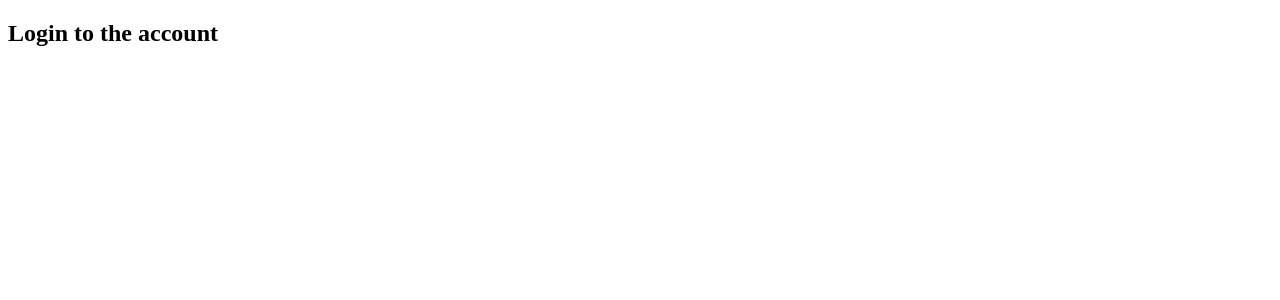
Repository: Kmazengia/nifasgebeya
Page: /login (app in frontend/)
These files come from the project's save history. The page is drawn as it stood at one moment and after the next save; the edit follows.
The browser window is 1280 px wide. The pictures show the whole page.
The project was rebuilt for these pictures with package versions that can differ from the ones it lists, and the page was loaded fresh each time.

Above is the page before, as saved 2023-10-07 13:12:03.

### frontend/src/index.js
import React from 'react';
import ReactDOM from 'react-dom/client';
import App from './App';
import reportWebVitals from './reportWebVitals';

const root = ReactDOM.createRoot(document.getElementById('root'));
root.render(
  <React.StrictMode>
    <App />
  </React.StrictMode>
);
reportWebVitals();

### frontend/src/App.js
import React from "react";
import { BrowserRouter, Routes, Route } from "react-router-dom";
import { Login } from "./Routes.js";

const App = () => {
  return (
    <BrowserRouter>
      <Routes>
        <Route path="/login" element={<Login />} />
        <Route path="/login" element={<Login />} />
        <Route path="/login" element={<Login />} />
        <Route path="/login" element={<Login />} />
      </Routes>{" "}
    </BrowserRouter>
  );
};

export default App;

### frontend/src/Routes.js
import Login from "../src/pages/Login.jsx";


export {
    Login,
}

### frontend/src/pages/Login.jsx
import React from "react";

const Login = () => {
  return (
    <div className="min-h-screen bg-gray-50 flex flex-col justify-center py-12 sm:px-6 lg:px-8">
      <div className="sm:mx-auto sm:w-full sm:max-w-md">
        <h2 className="mt-6 text-center text-3xl font-extrabold text-gray-900">
          Login to the account
        </h2>
      </div>
      <div className="mt-8 sm:mx-auto sm:w-full sm:max-w-md">
        <div className="bg-white py-8 px-4 shadow sm:round-lg sm:px-10">
          <form className="space-y-6  ">
            <div>
                <label labelFor="email" className='block text-sm font-medium text-gray-700'>

                </label>
            </div>
          </form>
        </div>
      </div>
    </div>
  );
};

export default Login;

Loaded but not shown: frontend/public/index.html (common file); frontend/src/reportWebVitals.js (common file)

After the next save:
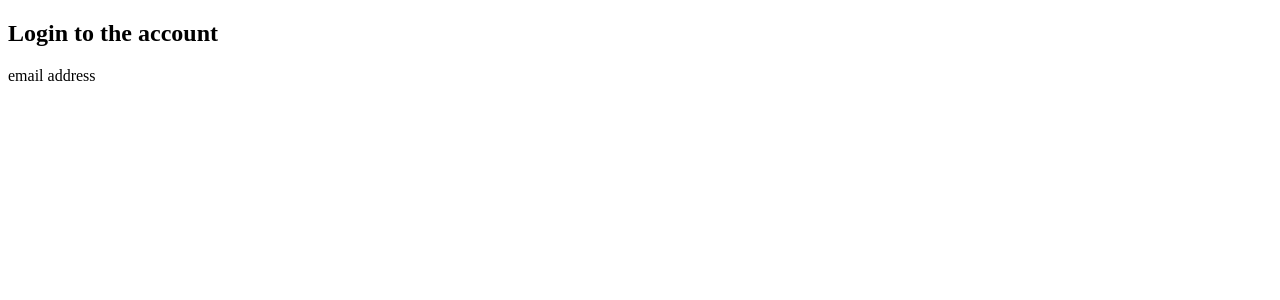
Saved 40 s later.
--- a/frontend/src/pages/Login.jsx
+++ b/frontend/src/pages/Login.jsx
@@ -13,7 +13,7 @@ const Login = () => {
           <form className="space-y-6  ">
             <div>
                 <label labelFor="email" className='block text-sm font-medium text-gray-700'>
-
+                    email address
                 </label>
             </div>
           </form>
